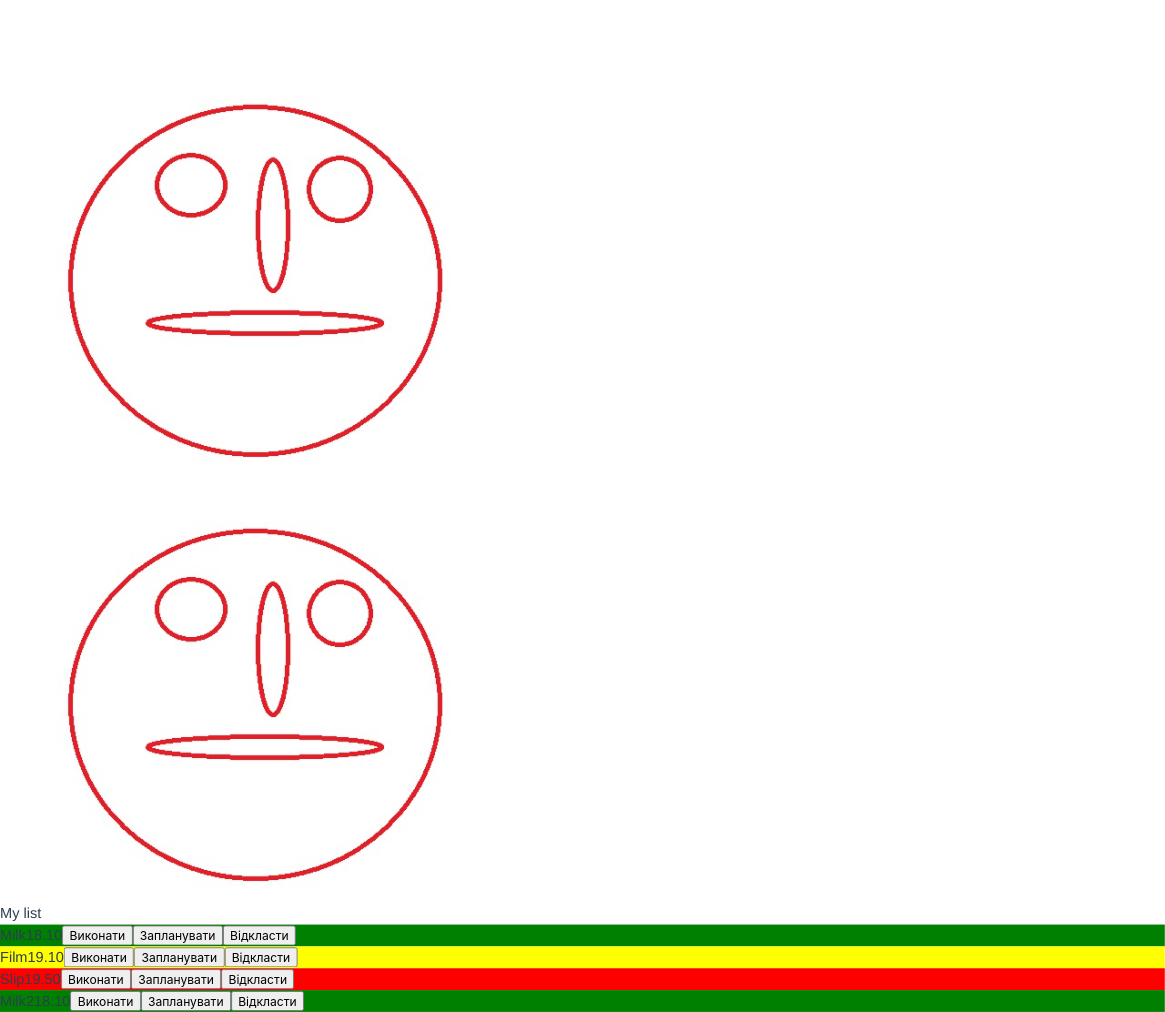
Repository: Olegche/sushi
Page: /
The author's editor kept a copy of each file at every save. The page is drawn from the files as they stood at one save, then again after the next save.
The browser window is 1280 px wide. The pictures show the whole page, at 91% of full size.
The project was rebuilt for these pictures with package versions that can differ from the ones it lists, and the page was loaded fresh each time.

Above is the page before, as saved 2020-10-12 10:02:40.

After the next save:
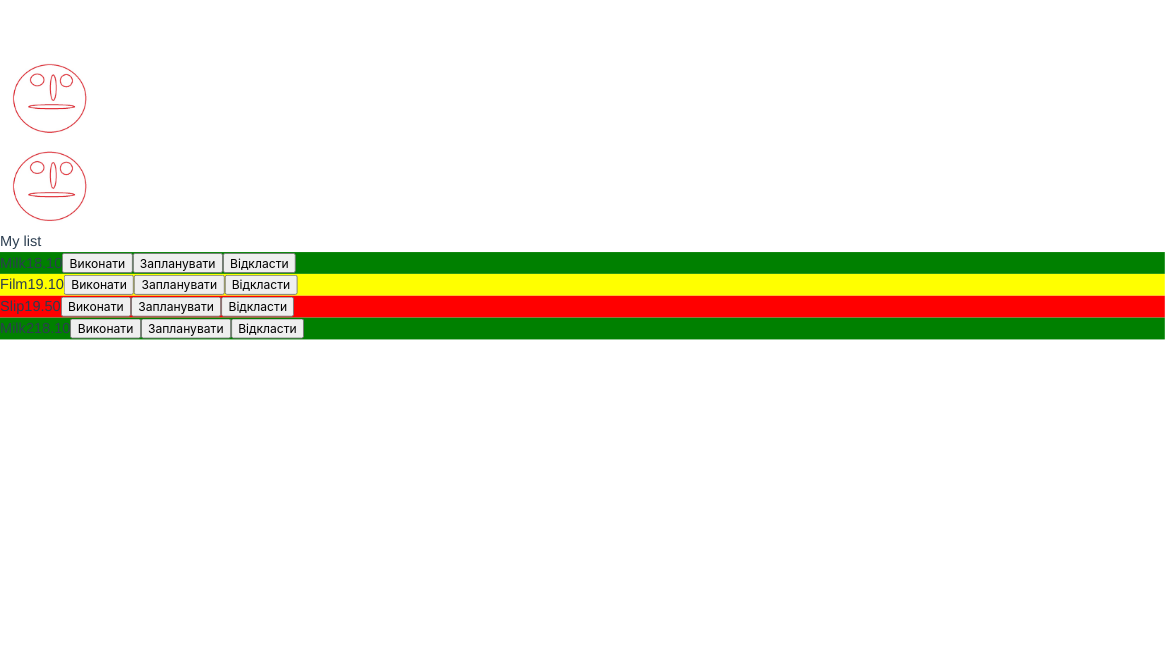
Saved 21 s later.
--- a/src/components/TodoList/index.vue
+++ b/src/components/TodoList/index.vue
@@ -70,4 +70,7 @@ display: flex;
     width:100px;
     float: right;
 }
+.img{
+    width: 100px;
+}
 </style>
